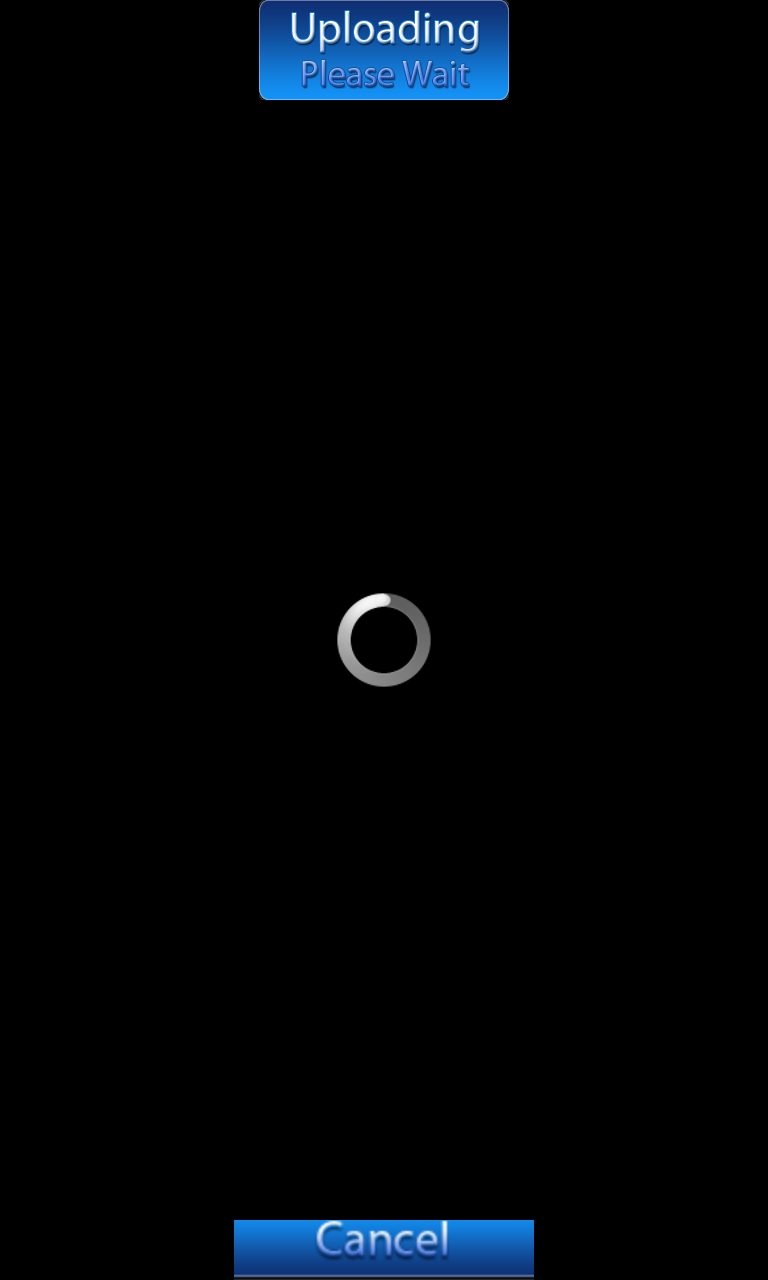
Repository: Matt-Bishop/HP-Photo-Kiosk
Layout: workspace/HP_PK/res/layout/uploading.xml
These files come from the project's save history. The layout is drawn as it stood at one moment and after the next save; the edit follows.
It is drawn on a 768 x 1280 px phone screen (xhdpi) without system bars, with theme android:Theme; the app's code is not run.

Above is the layout before, as saved 2011-01-03 04:54:15.

### workspace/HP_PK/res/layout/uploading.xml
<?xml version="1.0" encoding="utf-8"?>
<RelativeLayout
android:id="@+id/widget99"
android:layout_width="fill_parent"
android:layout_height="fill_parent"
xmlns:android="http://schemas.android.com/apk/res/android"
>
<ProgressBar
android:id="@+id/up_progress"
android:layout_width="wrap_content"
android:layout_height="wrap_content"
android:indeterminate="true"
android:layout_centerVertical="true"
android:layout_centerHorizontal="true"
>
</ProgressBar>
<FrameLayout
android:id="@+id/widget101"
android:layout_width="wrap_content"
android:layout_height="wrap_content"
android:layout_below="@+id/widget100"
android:layout_alignParentLeft="true"
>
</FrameLayout>
<FrameLayout
android:id="@+id/widget100"
android:layout_width="wrap_content"
android:layout_height="wrap_content"
android:layout_alignParentTop="true"
android:layout_alignParentLeft="true"
>
</FrameLayout>
<ImageButton
android:id="@+id/up_cancel"
android:layout_width="300px"
android:layout_height="60px"
android:src="@drawable/hp_cancel_button"
android:layout_alignParentBottom="true"
android:layout_centerHorizontal="true"
>
</ImageButton>
<ImageView
android:id="@+id/up_title"
android:layout_width="250px"
android:layout_height="100px"
android:src="@drawable/hp_uploading"
android:layout_below="@+id/widget101"
android:layout_centerHorizontal="true"
>
</ImageView>
</RelativeLayout>

After the next save:
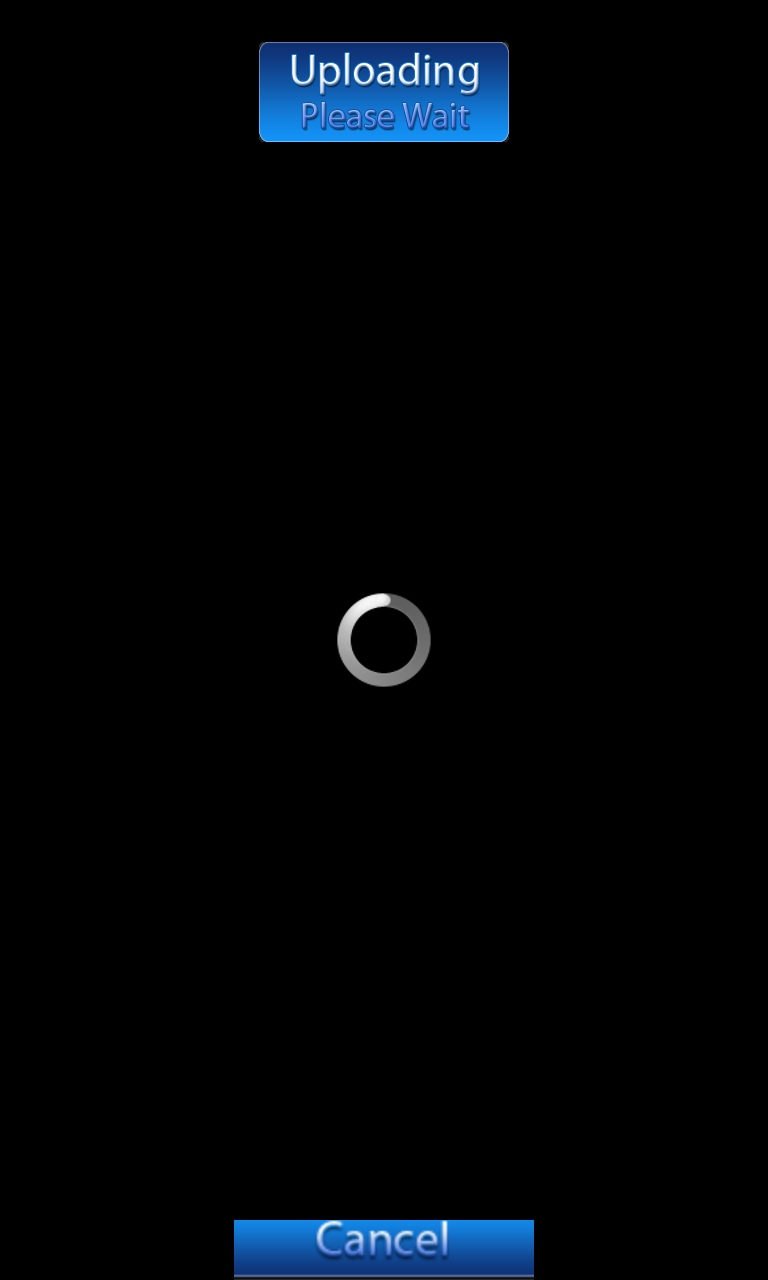
Saved 3 min 30 s later.
--- a/workspace/HP_PK/res/layout/uploading.xml
+++ b/workspace/HP_PK/res/layout/uploading.xml
@@ -1,12 +1,12 @@
 <?xml version="1.0" encoding="utf-8"?>
 <RelativeLayout
-android:id="@+id/widget99"
+android:id="@+id/widget85"
 android:layout_width="fill_parent"
 android:layout_height="fill_parent"
 xmlns:android="http://schemas.android.com/apk/res/android"
 >
 <ProgressBar
-android:id="@+id/up_progress"
+android:id="@+id/widget36"
 android:layout_width="wrap_content"
 android:layout_height="wrap_content"
 android:indeterminate="true"
@@ -14,21 +14,36 @@
 android:layout_centerHorizontal="true"
 >
 </ProgressBar>
+<ImageView
+android:id="@+id/widget37"
+android:layout_width="250px"
+android:layout_height="100px"
+android:src="@drawable/hp_uploading"
+android:layout_below="@+id/widget88"
+android:layout_centerHorizontal="true"
+>
+</ImageView>
 <FrameLayout
-android:id="@+id/widget101"
+android:id="@+id/widget88"
 android:layout_width="wrap_content"
-android:layout_height="wrap_content"
-android:layout_below="@+id/widget100"
+android:layout_height="21px"
+android:layout_below="@+id/widget86"
 android:layout_alignParentLeft="true"
 >
 </FrameLayout>
 <FrameLayout
-android:id="@+id/widget100"
+android:id="@+id/widget86"
 android:layout_width="wrap_content"
-android:layout_height="wrap_content"
+android:layout_height="21px"
 android:layout_alignParentTop="true"
 android:layout_alignParentLeft="true"
 >
+<FrameLayout
+android:id="@+id/widget87"
+android:layout_width="wrap_content"
+android:layout_height="wrap_content"
+>
+</FrameLayout>
 </FrameLayout>
 <ImageButton
 android:id="@+id/up_cancel"
@@ -39,13 +54,4 @@
 android:layout_centerHorizontal="true"
 >
 </ImageButton>
-<ImageView
-android:id="@+id/up_title"
-android:layout_width="250px"
-android:layout_height="100px"
-android:src="@drawable/hp_uploading"
-android:layout_below="@+id/widget101"
-android:layout_centerHorizontal="true"
->
-</ImageView>
 </RelativeLayout>
